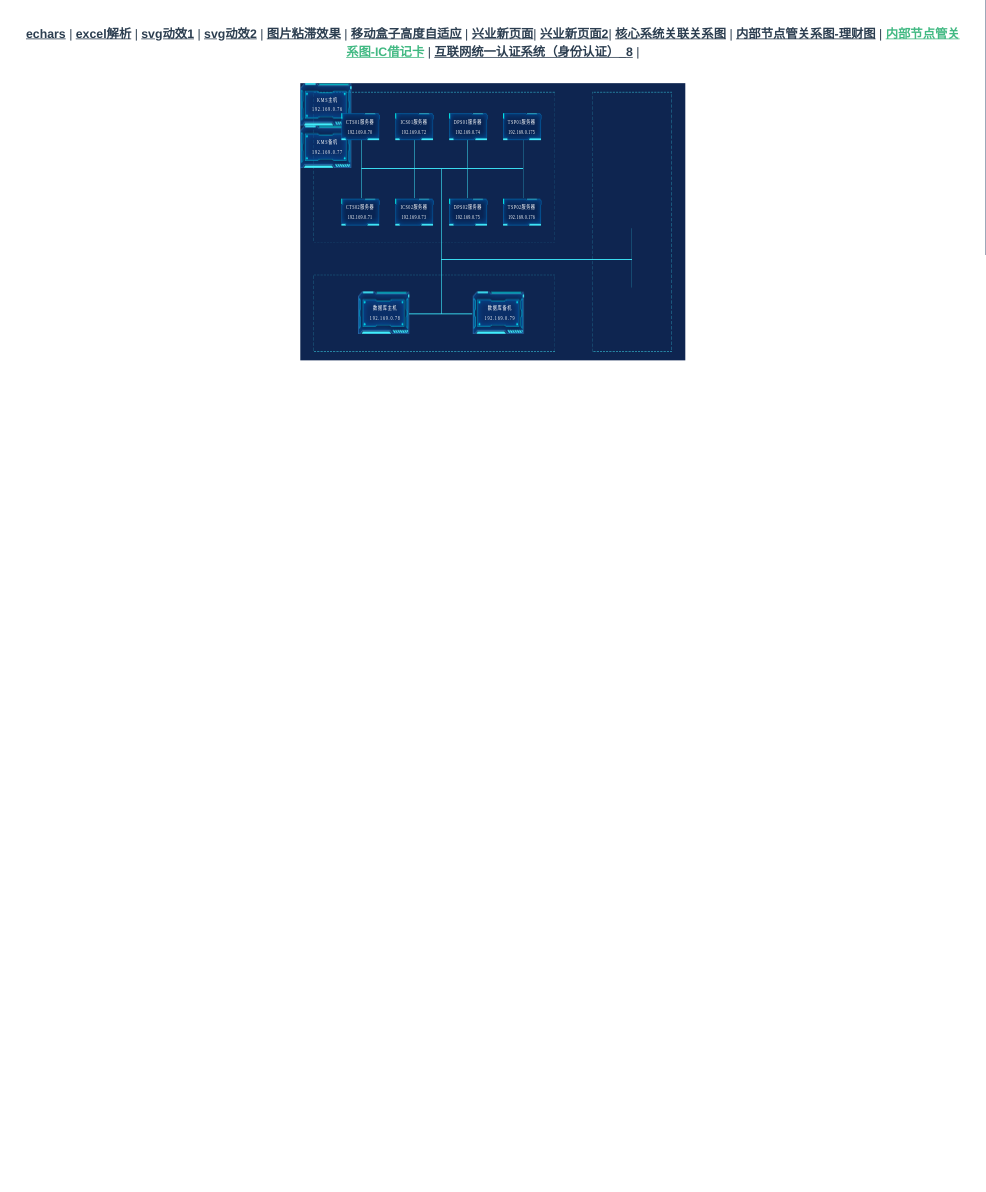
Repository: dmj199811/animation-dmj
Page: /#/work-page7
The author's editor kept a copy of each file at every save. The page is drawn from the files as they stood at one save, then again after the next save.
The browser window is 1280 px wide. The pictures show the whole page, at 77% of full size.
The project was rebuilt for these pictures with package versions that can differ from the ones it lists, and the page was loaded fresh each time.

Above is the page before, as saved 2020-07-05 13:33:52.

### src/App.vue
<template>
  <div id="app">
    <div id="nav"
         v-if="this.$store.state.pageShow">
      <router-link to="/">echars</router-link> |
      <router-link to="/xlsx-example">excel解析</router-link> |
      <router-link to="/svg-example1">svg动效1</router-link> |
      <router-link to="/svg-example2">svg动效2</router-link> |
      <router-link to="/work-message">图片粘滞效果</router-link> |
      <router-link to="/work-page2">移动盒子高度自适应</router-link> |
      <router-link to="/work-page3">兴业新页面</router-link>|
      <router-link to="/work-page4">兴业新页面2</router-link>|
      <router-link to="/work-page5">核心系统关联关系图</router-link> |
      <router-link to="/work-page6">内部节点管关系图-理财图</router-link> |
      <router-link to="/work-page7">内部节点管关系图-IC借记卡</router-link> |
      <router-link to="/work-page8">互联网统一认证系统（身份认证）_8</router-link> |
    </div>
    <router-view />
  </div>
</template>

<style lang="less">
body {
  margin: 0;
}
#app {
  font-family: Avenir, Helvetica, Arial, sans-serif;
  -webkit-font-smoothing: antialiased;
  -moz-osx-font-smoothing: grayscale;
  text-align: center;
  color: #2c3e50;
}

#nav {
  padding: 30px;

  a {
    font-weight: bold;
    color: #2c3e50;

    &.router-link-exact-active {
      color: #42b983;
    }
  }
}
</style>

### src/router/index.js
import Vue from 'vue'
import VueRouter from 'vue-router'

Vue.use(VueRouter)

const routes = [
  {
    path: '/',
    redirect: '/circle-echarts',
  },
  {
    path: '/circle-echarts',
    name: 'ani2',
    component: () => import('../views/circle-echarts/index.vue')
  },
  {
    path: '/xlsx-example',
    name: 'xlsx1',
    component: () => import('../views/xlsx1/index.vue')
  },
  {
    path: '/svg-example1',
    name: 'svg1',
    component: () => import('../views/svg1/index.vue')
  },
  {
    path: '/svg-example2',
    name: 'svg2',
    component: () => import('../views/svg2/index.vue')
  },
  {
    path: '/work-message',
    name: 'message1',
    component: () => import('../views/work/message/index.vue')
  },
  {
    path: '/work-page2',
    name: 'show1',
    component: () => import('../views/work/show1/index.vue')
  },
  {
    path: '/work-page3',
    name: 'show2',
    component: () => import('../views/newPage/index.vue')
  },
  {
    path: '/work-page4',
    name: 'show2',
    component: () => import('../views/newPage2/index.vue')
  },
  {
    path: '/work-page5',
    name: 'show3',
    component: () => import('../views/newPage3/index.vue')
  },
  {
    path: '/work-page6',
    name: 'show4',
    component: () => import('../views/newPage4/index.vue')
  },
  {
    path: '/work-page7',
    name: 'show5',
    component: () => import('../views/newPage5/index.vue')
  },
  {
    path: '/work-page8',
    name: 'show6',
    component: () => import('../views/newPage6/index.vue')
  },
]

const router = new VueRouter({
  routes
})

export default router

### src/views/newPage5/index.vue
<template>
  <div class="box">
    <div class="use-box">
      <div class="use-box-bg">


        <div class="deal-server pos1">
            <div class="deal-server-item">
              <div>CTS01服务器</div>
              <div>192.169.0.70</div>
            </div>
        </div>
        <div class="deal-server pos2">
          <div class="deal-server-item">
            <div>CTS02服务器</div>
            <div>192.169.0.71</div>
          </div>
        </div>
        <div class="deal-server pos3">
            <div class="deal-server-item">
              <div>ICS01服务器</div>
              <div>192.169.0.72</div>
            </div>
          </div>
        <div class="deal-server pos4">
            <div class="deal-server-item">
              <div>ICS02服务器</div>
              <div>192.169.0.73</div>
            </div>
          </div>
        <div class="deal-server pos5">
            <div class="deal-server-item">
              <div>DPS01服务器</div>
              <div>192.169.0.74</div>
            </div>
        </div>
        <div class="deal-server pos6">
            <div class="deal-server-item">
              <div>DPS02服务器</div>
              <div>192.169.0.75</div>
            </div>
        </div>
        <div class="deal-server pos7">
            <div class="deal-server-item">
              <div>TSP01服务器</div>
              <div>192.169.0.175</div>
            </div>
        </div>
        <div class="deal-server pos8">
            <div class="deal-server-item">
              <div>TSP02服务器</div>
              <div>192.169.0.176</div>
            </div>
        </div>

        <!-- 数据库主机 -->
        <div class="db-device">
          <div class="batch batch-pos1">
            <div class="batch-item ">
              <div>数据库主机</div>
              <div>192.169.0.78</div>
            </div>
          </div>
          <div class="batch batch-pos2">
            <div class="batch-item ">
              <div>数据库备机</div>
              <div>192.169.0.79</div>
            </div>
          </div>
          <div class="batch batch-pos3">
            <div class="batch-item ">
              <div>KMS主机</div>
              <div>192.169.0.76</div>
            </div>
          </div>
          <div class="batch batch-pos4">
            <div class="batch-item ">
              <div>KMS备机</div>
              <div>192.169.0.77</div>
            </div>
          </div>
        </div>

      </div>
    </div>
  </div>
</template>
<script>
export default {
  data () {
    return {}
  },
  mounted () {
    this.fullScreen()
    let a = {
      'ATM系统': 'N',
      '网上银行域': 'E',
      'IC借记卡系统': 'N',
      'CFP系统': 'W',
      '电话银行域': 'E',
      '金卡系统': 'N',
      '零售信贷系统': 'W',
      '联机交易转发平台': 'N',
      '核心联机交易平台': 'E',
      'OFEP': 'W',
      '会计辅助管理系统': 'W',
      '业务策略管控平台': 'E',
      '历史检索系统': 'N',
      '企业数据集成平台': 'N',
      '银联数据综合前置系统': 'E',
      '理财卡外包制卡系统': 'W',
      '数据仓库系统': 'E',
      '统一报表系统': 'W',
      '企业CRM系统': 'N'
    }

    this.dataToArray(a)
    window.onresize = () => {
      this.fullScreen()
    }
  },
  methods: {
    fullScreen () {
      $('.box').css('transform', `scale(${document.documentElement.clientWidth / 3840},${document.documentElement.clientHeight / 1440})`)
    },
    dataToArray (data) {

    }
  }
}
</script>
<style lang="less" scoped>
.box {
  text-align: left;
  transform-origin: 0 0;
  width: 3840px;
  height: 1440px;
}
.use-box {
  font-size: 18px;
  width: 1500px;
  box-sizing: border-box;
  height: 720px;
  background: #0e2550;
  margin: 0 auto;
  color: white;
}
.use-box div {
  box-sizing: border-box;
}

.use-box-bg {
  width:  100%;
  height: 100%;
  background-image: url(./img/bg-line1.png);
  background-size: 100% 100%;
  position: relative;
}
.deal-server {
  width:  150px;
  height: 70px;
  background-image: url(./img/leftBlue.png);
  background-size: 100% 100%;
  overflow: hidden;


}

.deal-server-item {
  // width:192px;
  // height:60px;
  font-size:16px;
  font-family:Adobe Heiti Std;
  font-weight:normal;
  color:rgba(255,255,255,1);
  line-height:25px;
  letter-spacing: 2px;
  text-align: center;
  margin-top: 10px;
  margin-left: -5px;
}

.deal-server-item > div:nth-child(2) {
  letter-spacing: 1px;
}
.pos1 {
  position: absolute;
  top: 78px;
  left: 160px;
}
.pos2 {
  position: absolute;
  top: 300px;
  left: 160px;
}
.pos3 {
  position: absolute;
  top: 78px;
  left: 370px;
}
.pos4 {
  position: absolute;
  top: 300px;
  left: 370px;
}
.pos5 {
  position: absolute;
  top: 78px;
  left: 580px;
}
.pos6 {
  position: absolute;
  top: 300px;
  left: 580px;
}
.pos7 {
  position: absolute;
  top: 78px;
  left: 790px;
}
.pos8 {
  position: absolute;
  top: 300px;
  left: 790px;
}

.batch {
  width:  200px;
  height: 110px;
  background-image: url(./img/rightBlue.png);
  background-size: 100% 100%;
  overflow: hidden;
}

.batch-item {
  width:192px;
  height:60px;
  font-size:16px;
  font-family:Adobe Heiti Std;
  font-weight:normal;
  color:rgba(255,255,255,1);
  line-height:25px;
  letter-spacing: 3px;
  text-align: center;
  margin-top: 30px;
  margin-left: 10px;
}

.batch-pos1 {
  position: absolute;
  top: 541px;
  left: 225px;
}
.batch-pos2 {
  position: absolute;
  top: 541px;
  left: 672px;
}

</style>

Loaded but not shown: public/index.html (common file); src/main.js (common file); src/store/index.js (common file)

After the next save:
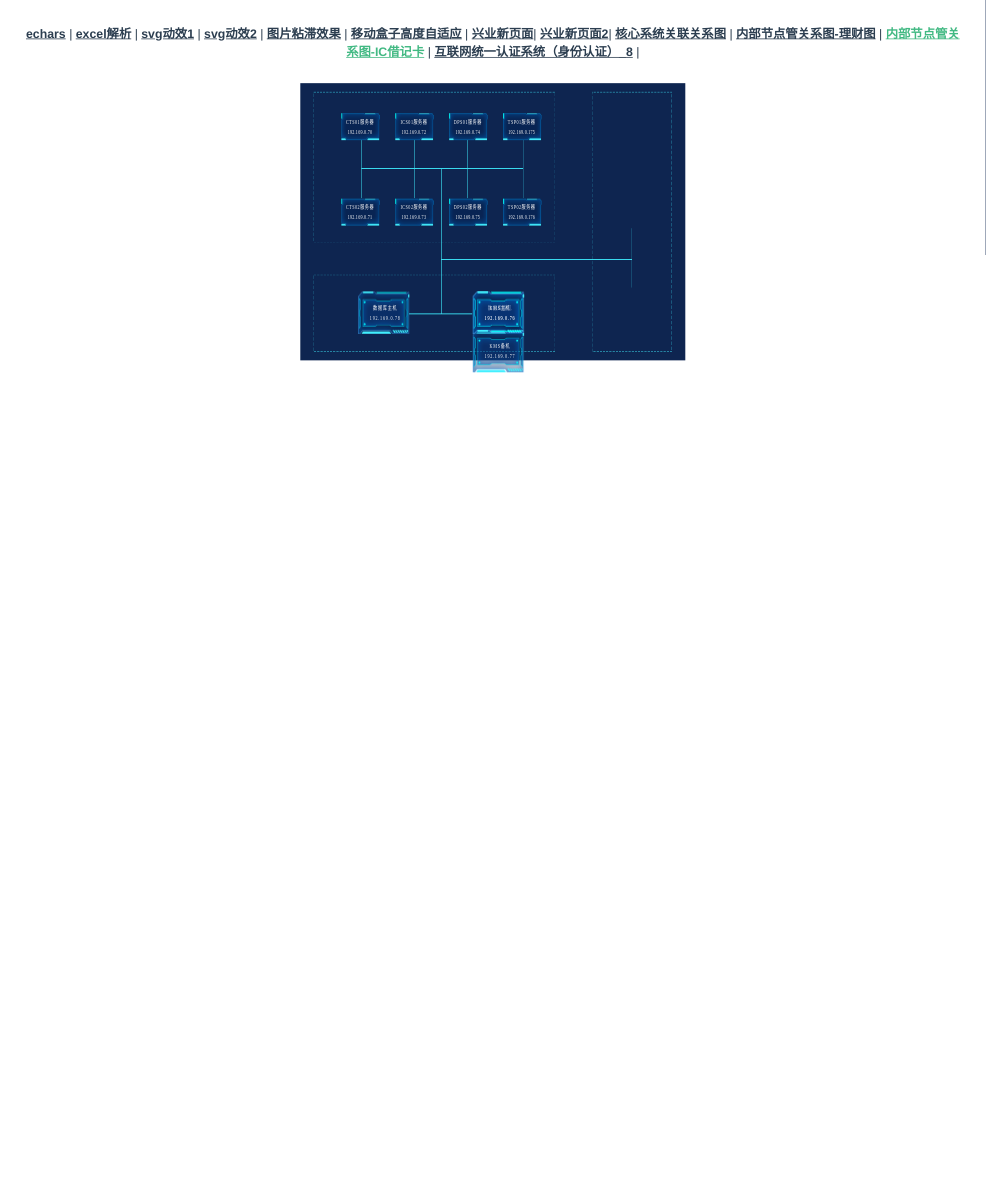
Saved 67 s later.
--- a/src/views/newPage5/index.vue
+++ b/src/views/newPage5/index.vue
@@ -256,5 +256,15 @@ export default {
   top: 541px;
   left: 672px;
 }
+.batch-pos3 {
+  position: absolute;
+  top: 541px;
+  left: 672px;
+}
+.batch-pos4 {
+  position: absolute;
+  top: 641px;
+  left: 672px;
+}
 
 </style>
